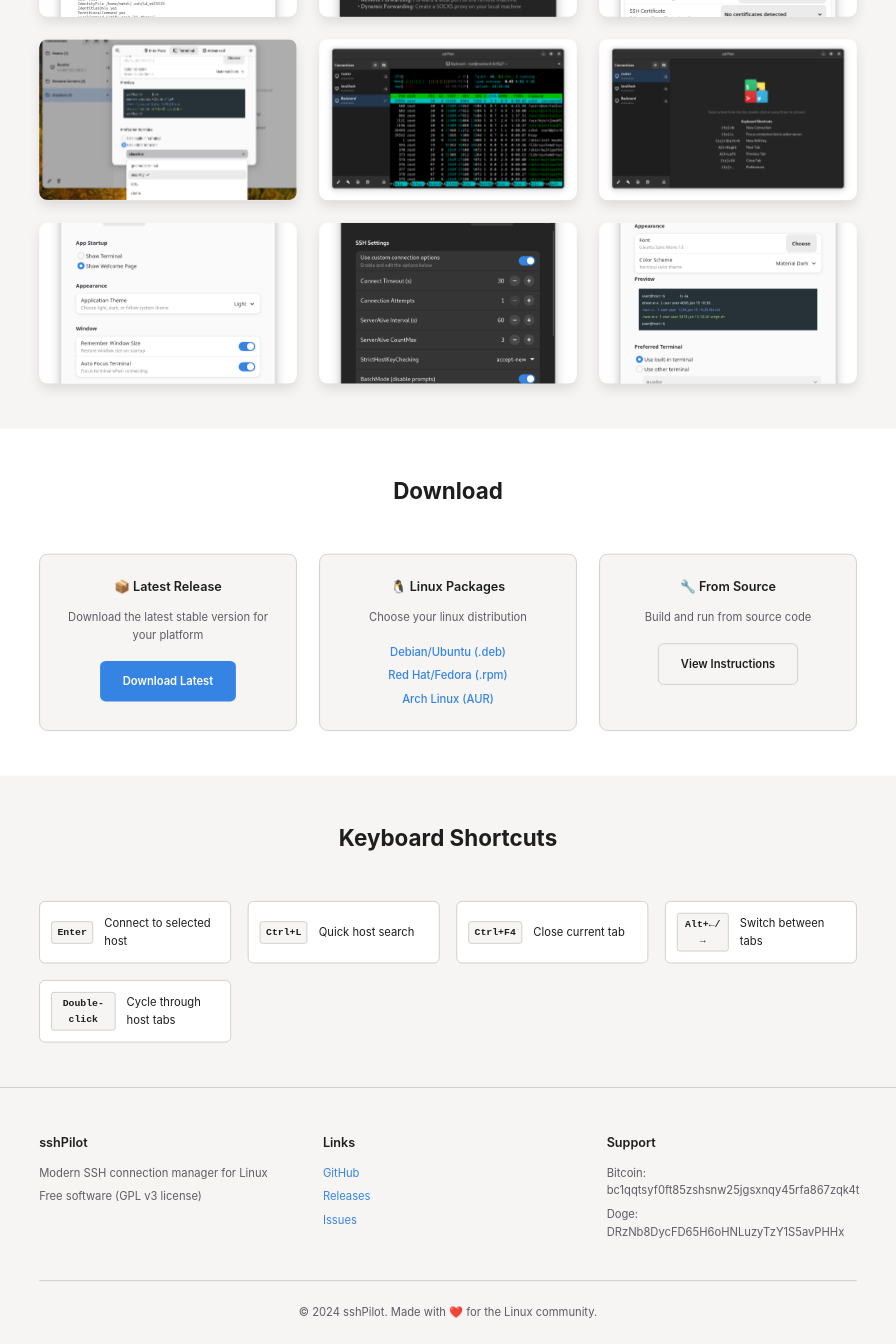
Repository: mfat/sshpilot-website
Page: docs/index.html
These files come from the project's save history. The page is drawn as it stood at one moment and after the next save; the edit follows.
The browser window is 1280 px wide. The pictures show the part of the page from y = 2113 to 4033 px (the page is 4033 px tall before and 3588 px after), at 70% of full size.

Above is the page before, as saved 2025-08-31 02:22:59.

After the next save:
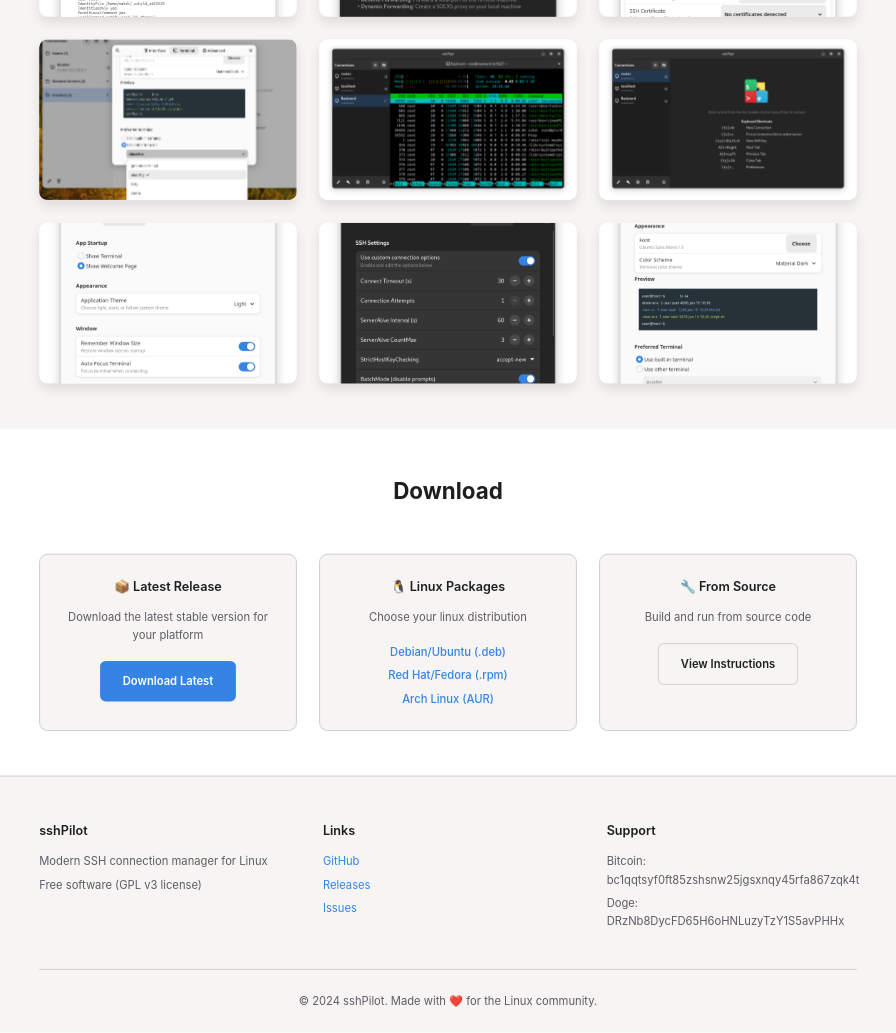
Saved 66 s later.
--- a/docs/index.html
+++ b/docs/index.html
@@ -163,33 +163,7 @@
             </div>
         </section>
 
-        <section class="keyboard-shortcuts">
-            <div class="container">
-                <h2 class="section-title">Keyboard Shortcuts</h2>
-                <div class="shortcuts-grid">
-                    <div class="shortcut-item">
-                        <kbd>Enter</kbd>
-                        <span>Connect to selected host</span>
-                    </div>
-                    <div class="shortcut-item">
-                        <kbd>Ctrl+L</kbd>
-                        <span>Quick host search</span>
-                    </div>
-                    <div class="shortcut-item">
-                        <kbd>Ctrl+F4</kbd>
-                        <span>Close current tab</span>
-                    </div>
-                    <div class="shortcut-item">
-                        <kbd>Alt+←/→</kbd>
-                        <span>Switch between tabs</span>
-                    </div>
-                    <div class="shortcut-item">
-                        <kbd>Double-click</kbd>
-                        <span>Cycle through host tabs</span>
-                    </div>
-                </div>
-            </div>
-        </section>
+
     </main>
 
     <footer class="footer">
